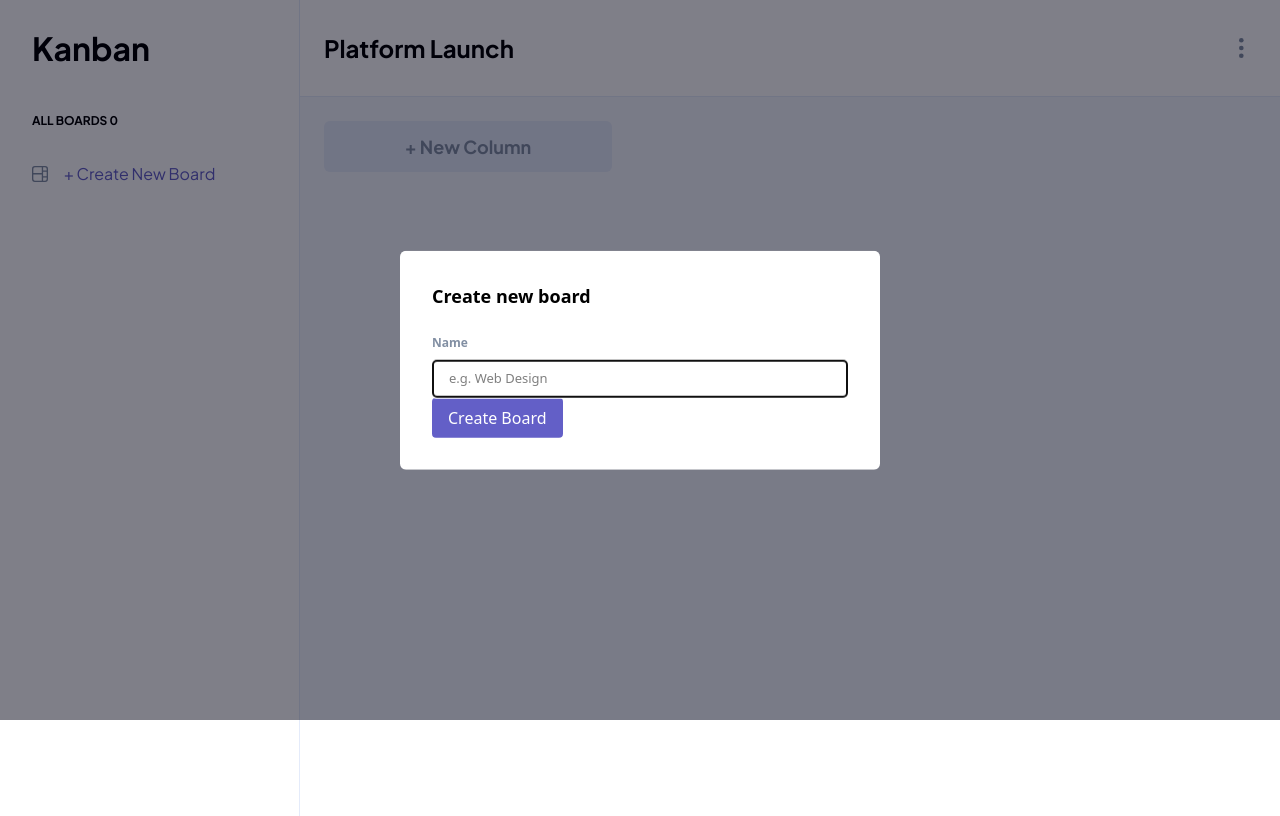
Repository: Baraajad231/Kanban-Board
Page: /, after clicking the first element matching `button.w-full`
The author's editor kept a copy of each file at every save. The page is drawn from the files as they stood at one save, then again after the next save.
The browser window is 1280 px wide. The pictures show the whole page.
The project was rebuilt for these pictures with package versions that can differ from the ones it lists, and the page was loaded fresh each time. Also part of the build but not shown: vite.config.js, src/components/Card.jsx, src/components/Column.jsx.

Above is the page before, as saved 2026-03-25 18:01:39.

After the next save:
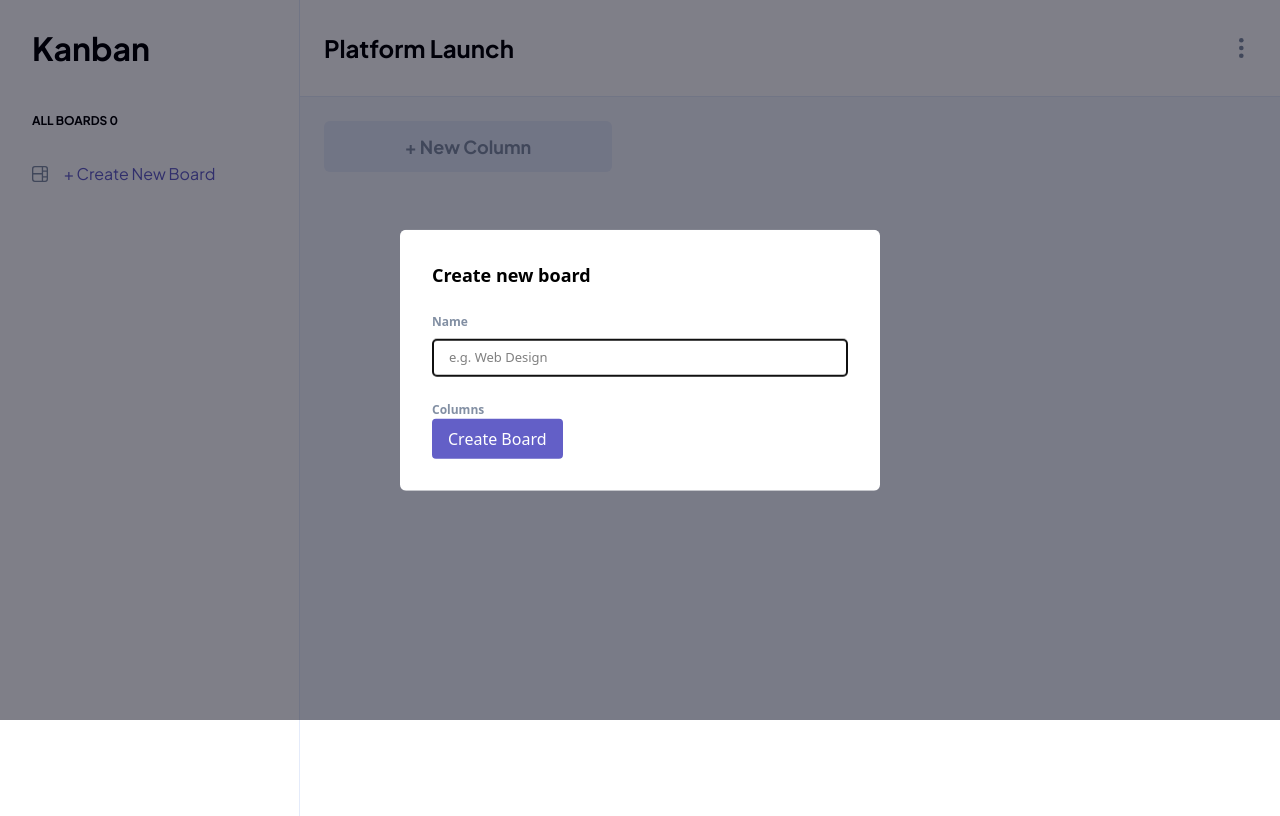
Saved 67 s later.
--- a/src/components/AddNewBoardForm.jsx
+++ b/src/components/AddNewBoardForm.jsx
@@ -7,6 +7,9 @@ const AddNewBoardForm = () => {
         <h3 className="text-body-m text-medium-grey pt-6 pb-2">Name </h3>
         <TextField placeholder="e.g. Web Design" name="boardName" required />
       </div>
+      <div className="flex flex-col gap-2">
+        <h3 className="text-body-m text-medium-grey pt-6">Columns </h3>
+      </div>
       <button className="bg-main-purple rounded px-4 py-2 text-white">
         Create Board
       </button>
